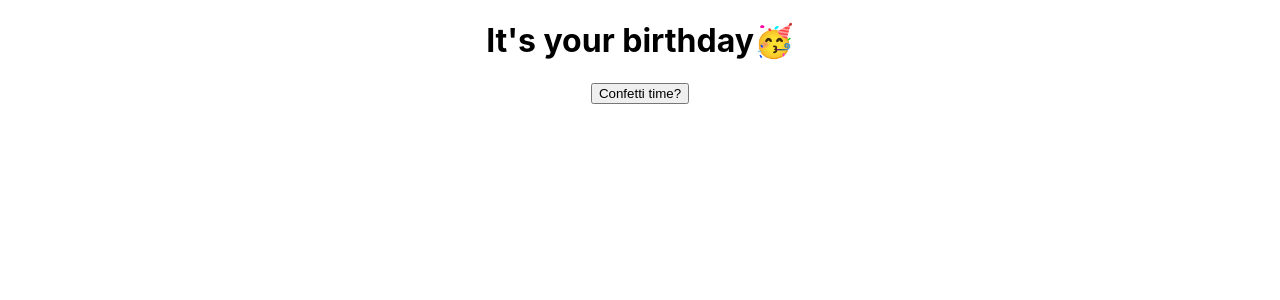
Repository: David-Waite/HannahsBirthdayWebsite
Page: /
These files come from the project's save history. The page is drawn as it stood at one moment and after a run of saves; the edit follows.
The browser window is 1280 px wide. The pictures show the whole page.
The project was rebuilt for these pictures with package versions that can differ from the ones it lists, and the page was loaded fresh each time.

Above is the page before, as saved 2023-03-30 17:01:55.

After the next 2 saves:
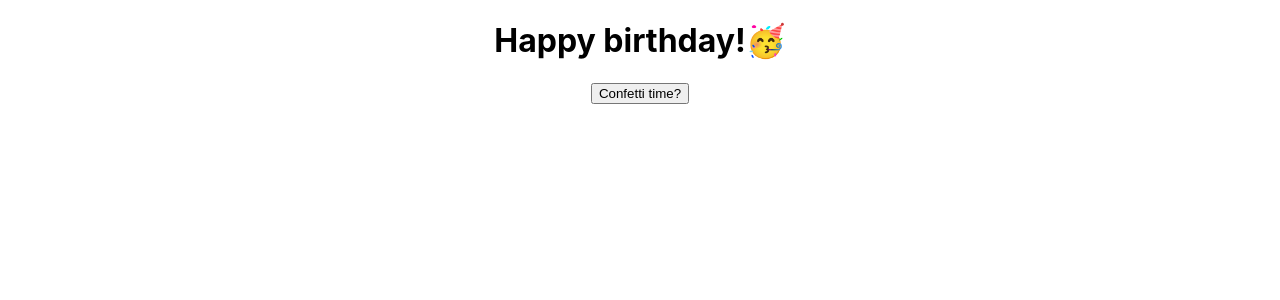
The 2 saves are shown as one change because they came seconds apart.
The last was saved 25 s later.
--- a/src/App.js
+++ b/src/App.js
@@ -21,7 +21,7 @@ function App() {
   return (
     <div className="App">
       {confetti && <Confetti />}
-      <h1>It's your birthday🥳</h1>
+      <h1>Happy birthday!🥳</h1>
       <button onClick={rainConfetti}>{buttonText}</button>
     </div>
   );
